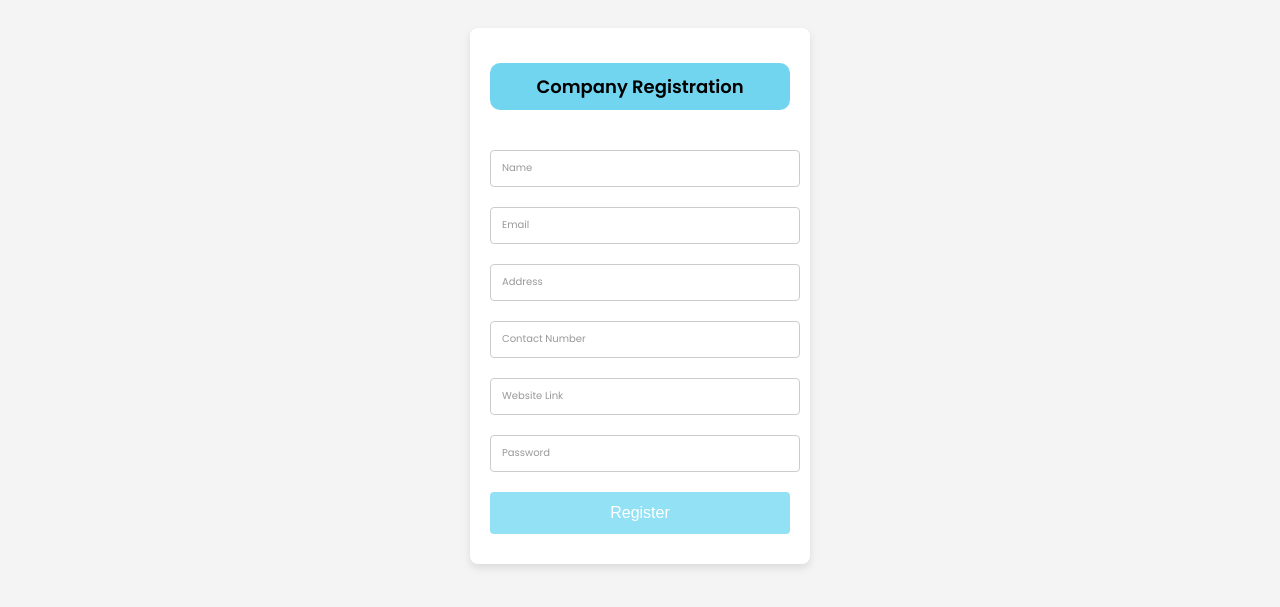
Repository: parthsabhani/Job_Portal_JSP_Servlet
Page: http://localhost/Job_Portal/companyRegistration.jsp
An editor plug-in stored every save of this project. The page is shown before and after the next save, followed by the edit.
The browser window is 1280 px wide. The pictures show the whole page.
The page is served by Tomcat 9.

Above is the page before, as saved 2025-04-22 08:41:55.

After the next save:
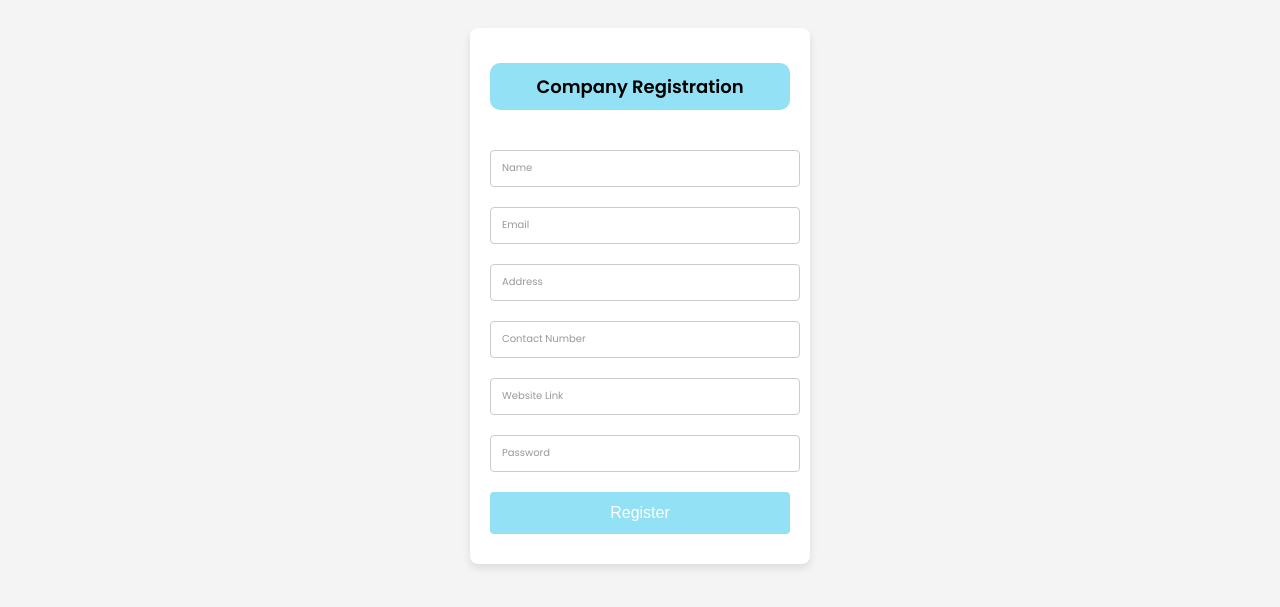
Saved 13 s later.
--- a/Job_Portal/src/main/webapp/companyRegistration.jsp
+++ b/Job_Portal/src/main/webapp/companyRegistration.jsp
@@ -36,7 +36,7 @@ body {
 
 h2 {
 	text-align: center;
-	background-color: #71d5f0;
+	background-color: #93e1f5;
 	padding: 10px;
 	border-radius: 10px;
 	margin-bottom: 40px;
